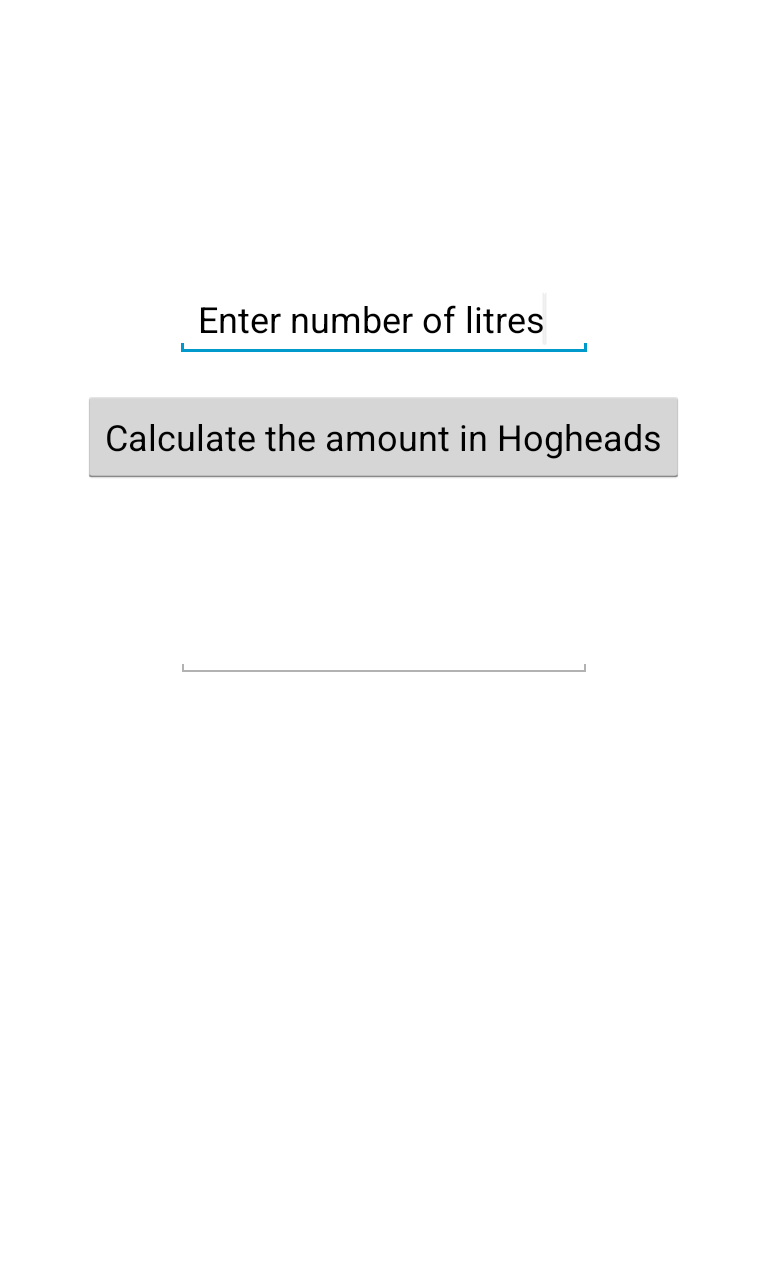
Repository: derspatero/workspace
Layout: ca.bcit.comp2052.a00892244.androidhelloworld/res/layout/activity_main.xml
An editor plug-in stored every save of this project. The layout is shown before and after the next save, followed by the edit.
It is drawn on a 768 x 1280 px phone screen (xhdpi) without system bars, with theme AppTheme; the app's code is not run.

Above is the layout before, as saved 2014-10-07 05:18:12.

### ca.bcit.comp2052.a00892244.androidhelloworld/res/layout/activity_main.xml
<RelativeLayout xmlns:android="http://schemas.android.com/apk/res/android"
    xmlns:tools="http://schemas.android.com/tools"
    android:layout_width="match_parent"
    android:layout_height="match_parent"
    android:paddingBottom="@dimen/activity_vertical_margin"
    android:paddingLeft="@dimen/activity_horizontal_margin"
    android:paddingRight="@dimen/activity_horizontal_margin"
    android:paddingTop="@dimen/activity_vertical_margin"
    tools:context="com.example.ca.bcit.comp2052.a00892244.androidhelloworld.MainActivity" >

    <EditText
        android:id="@+id/editText1"
        android:layout_width="wrap_content"
        android:layout_height="wrap_content"
        android:layout_alignParentTop="true"
        android:layout_centerHorizontal="true"
        android:layout_marginTop="124dp"
        android:ems="10"
        android:inputType="number"
        android:text="Enter number of litres" >

        <requestFocus />
    </EditText>

    <Button
        android:id="@+id/button1"
        android:layout_width="wrap_content"
        android:layout_height="wrap_content"
        android:layout_below="@+id/editText1"
        android:layout_centerHorizontal="true"
        android:layout_marginTop="15dp"
        android:text="Calculate the amount in Hogheads" />

    <EditText
        android:id="@+id/textView1"
        android:layout_width="wrap_content"
        android:layout_height="wrap_content"
        android:layout_alignLeft="@+id/editText1"
        android:layout_below="@+id/button1"
        android:layout_marginTop="58dp"
        android:ems="10" />

</RelativeLayout>

Loaded but not shown: ca.bcit.comp2052.a00892244.androidhelloworld/res/values/styles.xml (common file); ca.bcit.comp2052.a00892244.androidhelloworld/res/values-v11/styles.xml (common file); ca.bcit.comp2052.a00892244.androidhelloworld/res/values-v14/styles.xml (common file); ca.bcit.comp2052.a00892244.androidhelloworld/res/values/dimens.xml (common file); ca.bcit.comp2052.a00892244.androidhelloworld/res/values-w820dp/dimens.xml (common file)

After the next save:
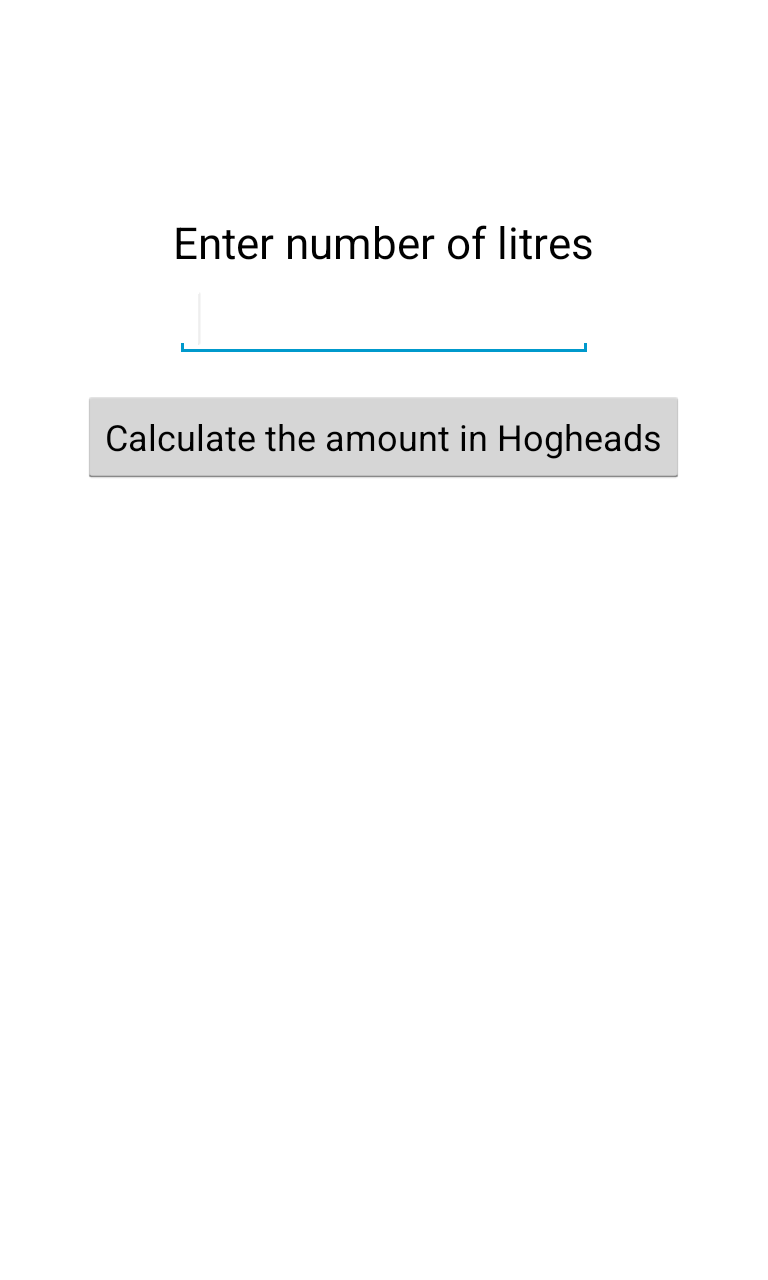
Saved 118 s later.
--- a/ca.bcit.comp2052.a00892244.androidhelloworld/res/layout/activity_main.xml
+++ b/ca.bcit.comp2052.a00892244.androidhelloworld/res/layout/activity_main.xml
@@ -16,8 +16,7 @@
         android:layout_centerHorizontal="true"
         android:layout_marginTop="124dp"
         android:ems="10"
-        android:inputType="number"
-        android:text="Enter number of litres" >
+        android:inputType="number" >
 
         <requestFocus />
     </EditText>
@@ -31,13 +30,23 @@
         android:layout_marginTop="15dp"
         android:text="Calculate the amount in Hogheads" />
 
-    <EditText
+    <TextView
+        android:id="@+id/textView2"
+        android:layout_width="wrap_content"
+        android:layout_height="wrap_content"
+        android:layout_alignBottom="@+id/editText1"
+        android:layout_centerHorizontal="true"
+        android:layout_marginBottom="44dp"
+        android:text="Enter number of litres"
+        android:textAppearance="?android:attr/textAppearanceLarge" />
+
+    <TextView
         android:id="@+id/textView1"
         android:layout_width="wrap_content"
         android:layout_height="wrap_content"
-        android:layout_alignLeft="@+id/editText1"
         android:layout_below="@+id/button1"
-        android:layout_marginTop="58dp"
-        android:ems="10" />
+        android:layout_centerHorizontal="true"
+        android:layout_marginTop="35dp"
+        android:textAppearance="?android:attr/textAppearanceLarge" />
 
 </RelativeLayout>
